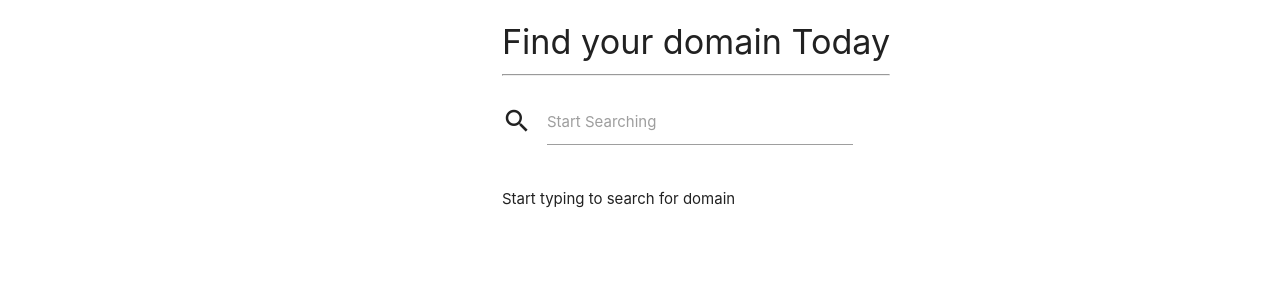
Repository: habib-urrehmaan/domain-name-searcher
Page: / (app in client/)
The author's editor kept a copy of each file at every save. The page is drawn from the files as they stood at one save, then again after the next save.
The browser window is 1280 px wide. The pictures show the whole page.
The project was rebuilt for these pictures with package versions that can differ from the ones it lists, and the page was loaded fresh each time.

Above is the page before, as saved 2020-04-17 18:13:55.

### client/public/index.html
<!DOCTYPE html>
<html lang="en">
  <head>
    <meta charset="utf-8" />
    <link rel="icon" href="%PUBLIC_URL%/favicon.ico" />
    <meta name="viewport" content="width=device-width, initial-scale=1" />
    <meta name="theme-color" content="#000000" />
    <meta
      name="description"
      content="Web site created using create-react-app"
    />
    <link rel="apple-touch-icon" href="%PUBLIC_URL%/logo192.png" />
    <!--
      manifest.json provides metadata used when your web app is installed on a
      user's mobile device or desktop. See https://developers.google.com/web/fundamentals/web-app-manifest/
    -->
    <link rel="manifest" href="%PUBLIC_URL%/manifest.json" />
    <!--
      Notice the use of %PUBLIC_URL% in the tags above.
      It will be replaced with the URL of the `public` folder during the build.
      Only files inside the `public` folder can be referenced from the HTML.

      Unlike "/favicon.ico" or "favicon.ico", "%PUBLIC_URL%/favicon.ico" will
      work correctly both with client-side routing and a non-root public URL.
      Learn how to configure a non-root public URL by running `npm run build`.
    -->
    <link rel="stylesheet" href="https://cdnjs.cloudflare.com/ajax/libs/materialize/1.0.0/css/materialize.min.css">
    <link href="https://fonts.googleapis.com/icon?family=Material+Icons" rel="stylesheet">
     <!-- Compiled and minified JavaScript -->
     <script src="https://cdnjs.cloudflare.com/ajax/libs/materialize/1.0.0/js/materialize.min.js"></script>
    <title>React App</title>
  </head>
  <body>
    <noscript>You need to enable JavaScript to run this app.</noscript>
    <div id="root"></div>
    <!--
      This HTML file is a template.
      If you open it directly in the browser, you will see an empty page.

      You can add webfonts, meta tags, or analytics to this file.
      The build step will place the bundled scripts into the <body> tag.

      To begin the development, run `npm start` or `yarn start`.
      To create a production bundle, use `npm run build` or `yarn build`.
    -->
  </body>
</html>

### client/src/index.js
import React from 'react';
import ReactDOM from 'react-dom';
import './index.css';
import App from './App';

ReactDOM.render(
  <React.StrictMode>
    <App />
  </React.StrictMode>,
  document.getElementById('root')
);

// If you want your app to work offline and load faster, you can change
// unregister() to register() below. Note this comes with some pitfalls.
// Learn more about service workers: https://bit.ly/CRA-PWA
// serviceWorker.unregister();

### client/src/App.js
import React from 'react';
import Search from './Search';
import Output from './Output';

class App extends React.Component {

  constructor(props)
  {
    super(props);
    this.state ={
      output:null
    }
  }


  setAppOutput = (outputData) =>
  {
    console.log("setting output value")

    this.setState({
      output:outputData
    })
  }

  render()
  {
    return (
      <>
      <div className="App container">
        <Search setOutput={this.setAppOutput}/>
        <Output data={this.state.output}/>
      </div>
      </>
    );
  }
}

export default App;

### client/src/Search.js
import React, { Component } from 'react'
import axios from 'axios'

class Search extends Component {

    constructor(props)
    {
        super(props);
        console.log(props)
    }

    onChangeHandler = (e) =>
    {
        axios({
            'method': 'GET',
            'url': `http://localhost:5000/domain/search?domain=${e.target.value}`,
            'ContentType':'application/json'
        }).then((response)=>{

            var obj = JSON.parse(response.data.data);
            this.props.setOutput(obj);
        }).catch(error=>{
            console.log(error);
        });
    }

    render() {
        return (
            <div>
                <div className="row">
                    <div className="col offset-s4">
                        <h4>Find your domain Today</h4><hr/>
                    </div>
                    <div className="input-field col s5 offset-s4">
                        <i className="material-icons prefix">search</i>
                        <input id="search" type="text" className="validate" onChange={this.onChangeHandler}/>
                        <label htmlFor="search">Start Searching</label>
                    </div>
                </div>
            </div>
        )
    }
}

export default Search;

### client/src/Output.js
import React from 'react'

export default function Output(props) {

    let {data} = props;
    console.log("output data",data);
    return (
        <div className="row">
        {(data)?(<div className="col offset-s4">{(data.available)?(<div><span>Congratulations! This domain is available</span><br/>
            <span><b>Price:</b>{data.price}{data.currency}</span></div>):(data.code)?(<div>{data.message}</div>):(<span>Sorry this domain is not Available</span>)}</div>)
            :(<div className="col offset-s4">Start typing to search for domain</div>)}


        </div>
    )
}

Loaded but not shown: client/src/index.css (common file)

After the next save:
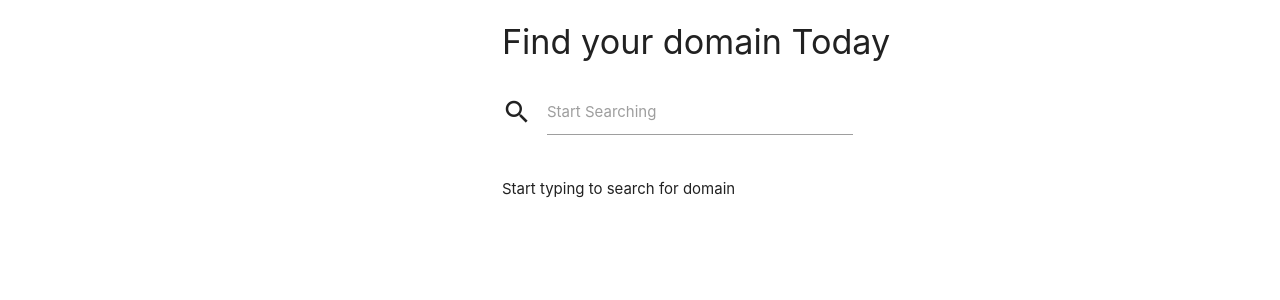
Saved 8 s later.
--- a/client/src/Search.js
+++ b/client/src/Search.js
@@ -29,7 +29,7 @@ class Search extends Component {
             <div>
                 <div className="row">
                     <div className="col offset-s4">
-                        <h4>Find your domain Today</h4><hr/>
+                        <h4>Find your domain Today</h4>
                     </div>
                     <div className="input-field col s5 offset-s4">
                         <i className="material-icons prefix">search</i>
